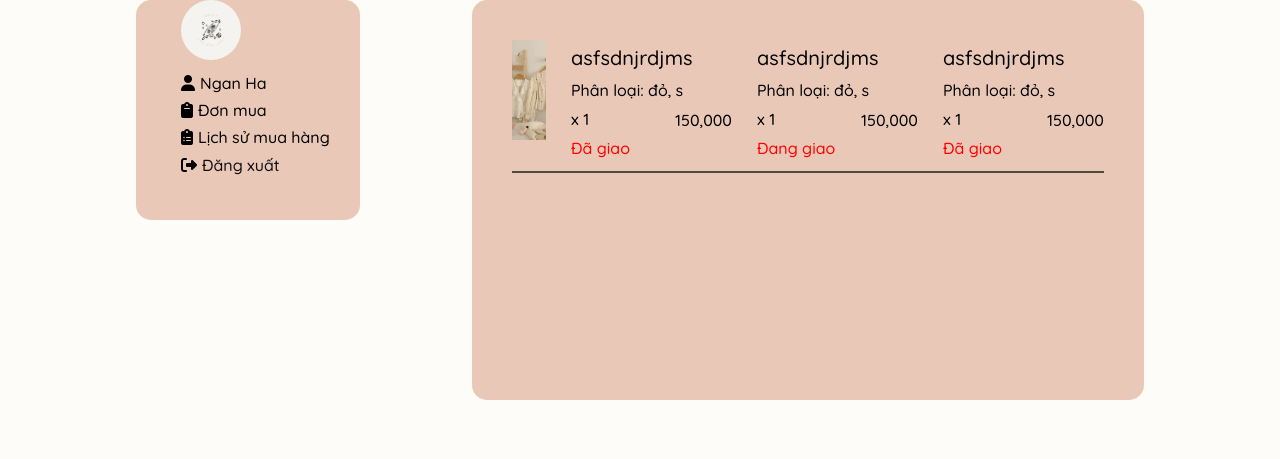
Repository: nganha241/store
Page: profile.html
The author's editor kept a copy of each file at every save. The page is drawn from the files as they stood at one save, then again after the next save.
The browser window is 1280 px wide. The pictures show the whole page.
Some web libraries are served in a nearby version.

Above is the page before, as saved 2022-04-22 19:59:50.

### profile.html
<!DOCTYPE html>
<html lang="en">
  <head>
    <meta charset="UTF-8" />
    <meta http-equiv="X-UA-Compatible" content="IE=edge" />
    <meta name="viewport" content="width=device-width, initial-scale=1.0" />
    <title>Document</title>
    <link rel="stylesheet" href="style.css" />
  </head>

  <body>
    <div class="container">
      <div class="profile">
        <div class="active">
          <div class="list">
            <div class="avatar"><img src="./img/logo.png" alt="" /></div>
            <div class="name">
              <i class="fa fa-user" aria-hidden="true"></i>Ngan Ha
            </div>

            <div class="order"><i class="fas fa-clipboard"></i>Đơn mua</div>

            <div><i class="fas fa-clipboard-list"></i>Lịch sử mua hàng</div>

            <div>
              <i class="fas fa-sign-out-alt"></i><a href="#">Đăng xuất</a>
            </div>
          </div>
        </div>

        <div class="my-profile">
          <div class="list-detail">
            <!-- <div class="name">
              <form>
                <div>
                  <label>Tên đăng nhập</label>
                  <input type="text" value="Ngân Hà" disabled />
                </div>
                <div>
                  <label>Gmail</label>
                  <input type="text" value="nganha@gmail.com" />
                </div>
                <div>
                  <label>SĐT</label>
                  <input type="text" value="012345678" />
                </div>
                <div>
                  <label>Địa chỉ</label>
                  <input type="text" value="123 abc, xyz" />
                </div>
                <button>Lưu</button>
              </form>
            </div> -->
            <div class="order">
              <div class="order-box">
                <div class="img">
                  <img src="./img/products/p1.jpg" alt="" />
                </div>
                <div class="div">
                  <div class="pro-name">asfsdnjrdjms</div>
                  <div class="type">Phân loại: đỏ, s</div>
                  <div class="quantity">x 1</div>
                  <div class="total">150,000</div>
                  <div class="status">Đã giao</div>
                </div>
                <div class="div">
                  <div class="pro-name">asfsdnjrdjms</div>
                  <div class="type">Phân loại: đỏ, s</div>
                  <div class="quantity">x 1</div>
                  <div class="total">150,000</div>
                  <div class="status">Đang giao</div>
                </div>
                <div class="div">
                  <div class="pro-name">asfsdnjrdjms</div>
                  <div class="type">Phân loại: đỏ, s</div>
                  <div class="quantity">x 1</div>
                  <div class="total">150,000</div>
                  <div class="status">Đã giao</div>
                </div>
              </div>
            </div>
          </div>
        </div>
      </div>
    </div>
    <script
      src="https://kit.fontawesome.com/ae971d7ee0.js"
      crossorigin="anonymous"
    ></script>
  </body>
</html>

Loaded but not shown: style.css (1214 lines, source omitted)

After the next save:
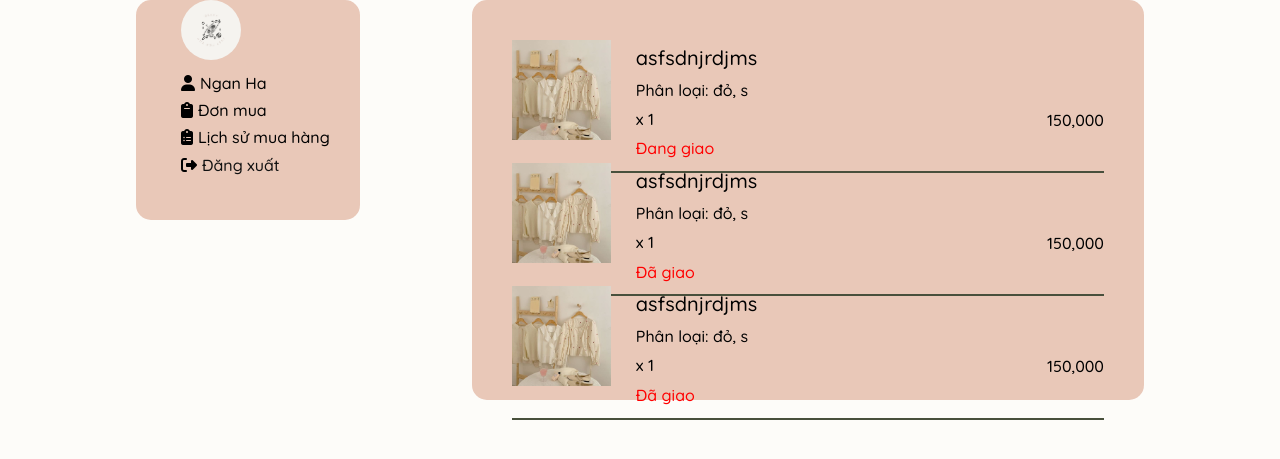
Saved 61 s later.
--- a/profile.html
+++ b/profile.html
@@ -61,14 +61,24 @@
                   <div class="type">Phân loại: đỏ, s</div>
                   <div class="quantity">x 1</div>
                   <div class="total">150,000</div>
-                  <div class="status">Đã giao</div>
+                  <div class="status">Đang giao</div>
+                </div>
+              </div>
+              <div class="order-box">
+                <div class="img">
+                  <img src="./img/products/p1.jpg" alt="" />
                 </div>
                 <div class="div">
                   <div class="pro-name">asfsdnjrdjms</div>
                   <div class="type">Phân loại: đỏ, s</div>
                   <div class="quantity">x 1</div>
                   <div class="total">150,000</div>
-                  <div class="status">Đang giao</div>
+                  <div class="status">Đã giao</div>
+                </div>
+              </div>
+              <div class="order-box">
+                <div class="img">
+                  <img src="./img/products/p1.jpg" alt="" />
                 </div>
                 <div class="div">
                   <div class="pro-name">asfsdnjrdjms</div>
